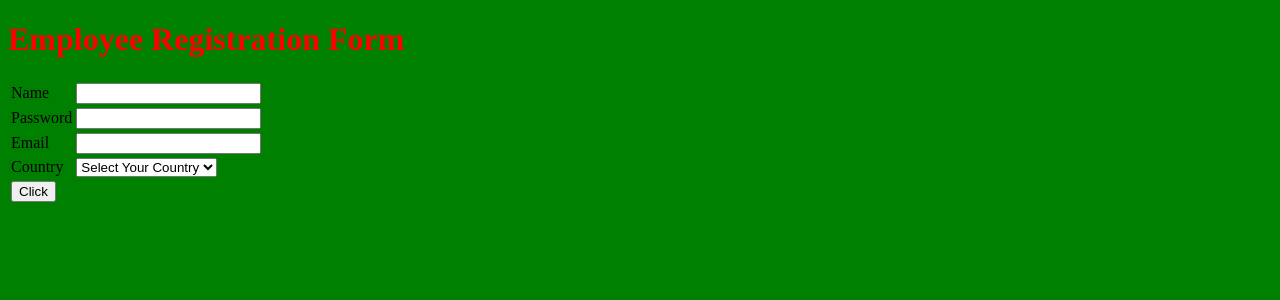
Repository: SurajPawar15-smart/JAVAProjects
Page: 15.DatabaseServletDemo/WebContent/index.html
The author's editor kept a copy of each file at every save. The page is drawn from the files as they stood at one save, then again after the next save.
The browser window is 1280 px wide. The pictures show the whole page.

Above is the page before, as saved 2020-09-28 09:42:17.

### 15.DatabaseServletDemo/WebContent/index.html
<!DOCTYPE html>
<html>
<head>
<meta charset="ISO-8859-1">
<title>Insert title here</title>
<style>
body{
background-color:green;
}
h1{
color:red;
}
</style>
</head>
<body>
<h1>Employee Registration Form</h1>
<form action="SaveServlet" method="post">
<table>

<tr>
<td>Name</td>
<td><input type="text" name="ename"></td>
</tr>

<tr>
<td>Password</td>
<td><input type="password" name="epassword"></td>
</tr>
<tr>
<td>Email</td>
<td><input type="text" name="email"></td>
</tr>

<tr>
<td>Country</td>
<td><select>
<option>Select Your Country</option>
<option>India</option>
<option>USA</option>
<option>UAE</option>
<option>US</option>
<option>UnitedKingdom</option>
<option>other</option>
</select>
</td>
</tr>


<tr>
<td><input type="submit" value="Click"></td>
</tr>


</table>
</form>
</body>
</html>

After the next save:
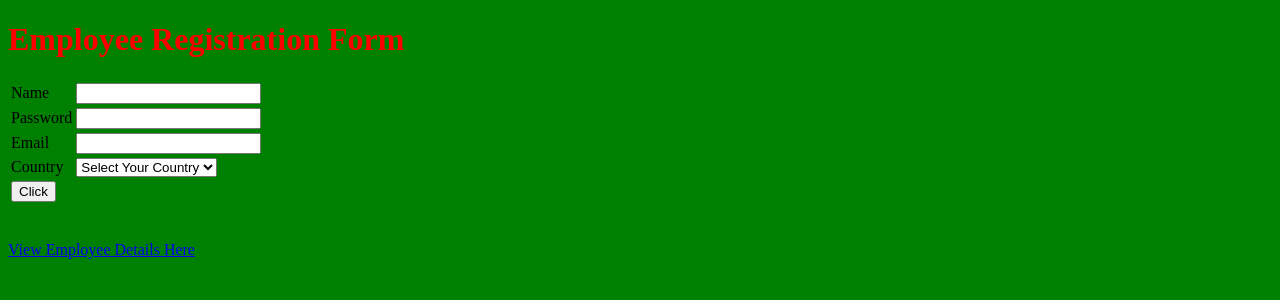
Saved 2 min 5 s later.
--- a/15.DatabaseServletDemo/WebContent/index.html
+++ b/15.DatabaseServletDemo/WebContent/index.html
@@ -45,13 +45,13 @@ color:red;
 </td>
 </tr>
 
-
 <tr>
 <td><input type="submit" value="Click"></td>
 </tr>
 
-
 </table>
 </form>
+<br><br>
+<a href="ViewServlet">View Employee Details Here</a>
 </body>
 </html>
